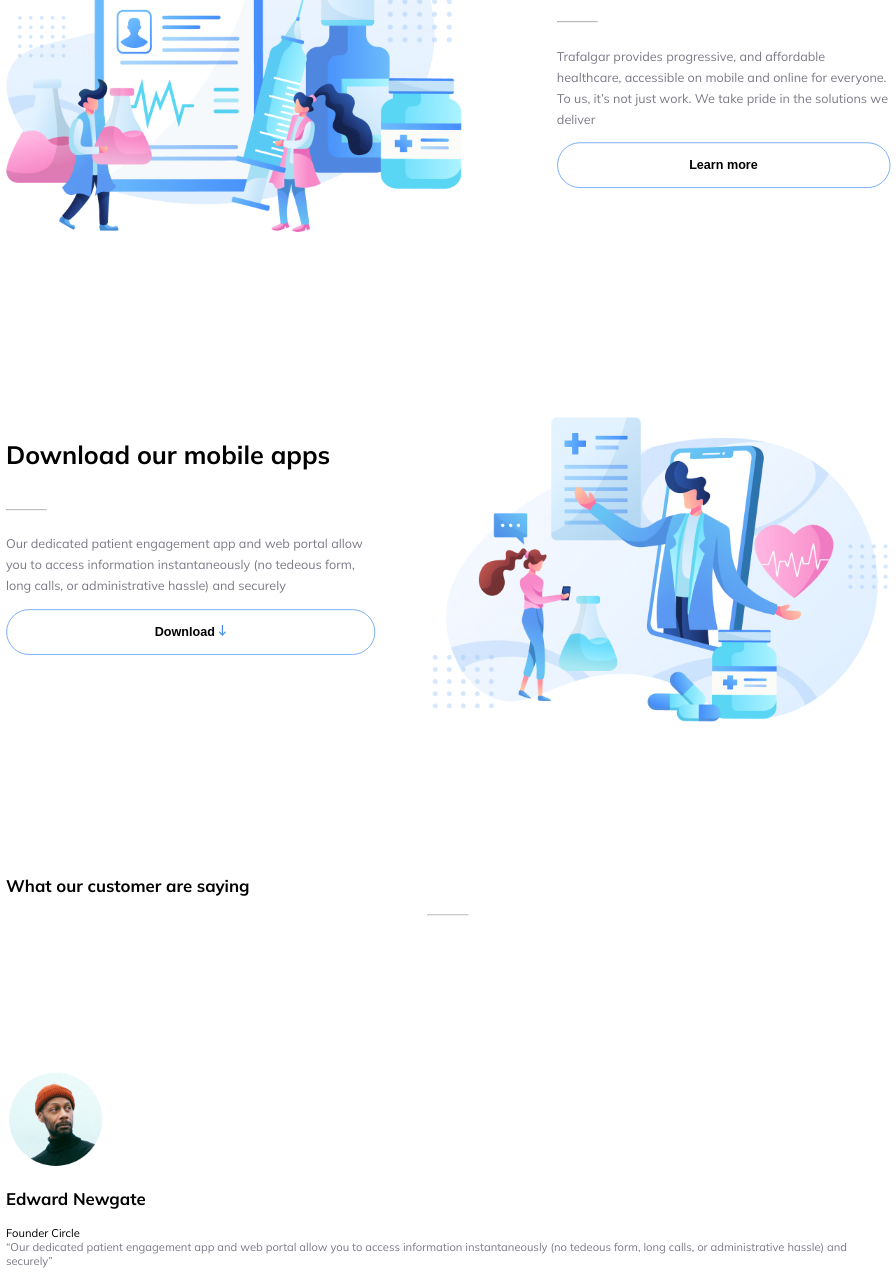
Repository: ivan-developer-01/trafalgar-layout
Page: index.html
An editor plug-in stored every save of this project. The page is shown before and after the next save, followed by the edit.
The browser window is 1280 px wide. The pictures show the part of the page from y = 2348 to 4268 px (the page is 4176 px tall before and 4268 px after), at 70% of full size.

Above is the page before, as saved 2024-11-08 15:19:35.

After the next save:
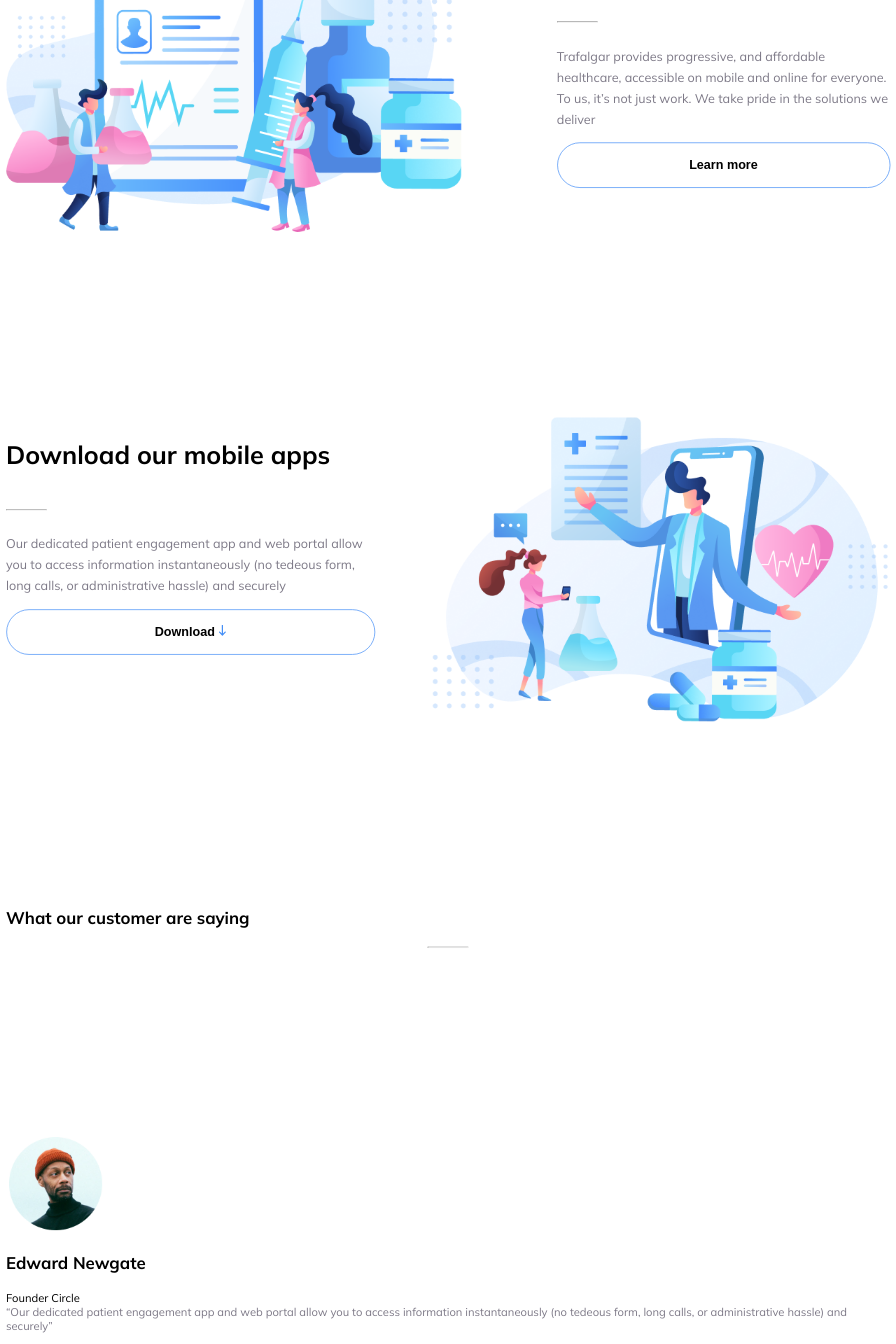
Saved 8 s later.
--- a/style.css
+++ b/style.css
@@ -229,6 +229,6 @@ p {
 
 /* reviews */
 .reviews {
-	margin-top: 220px;
+	margin-top: 266px;
 }
 /* /reviews */
